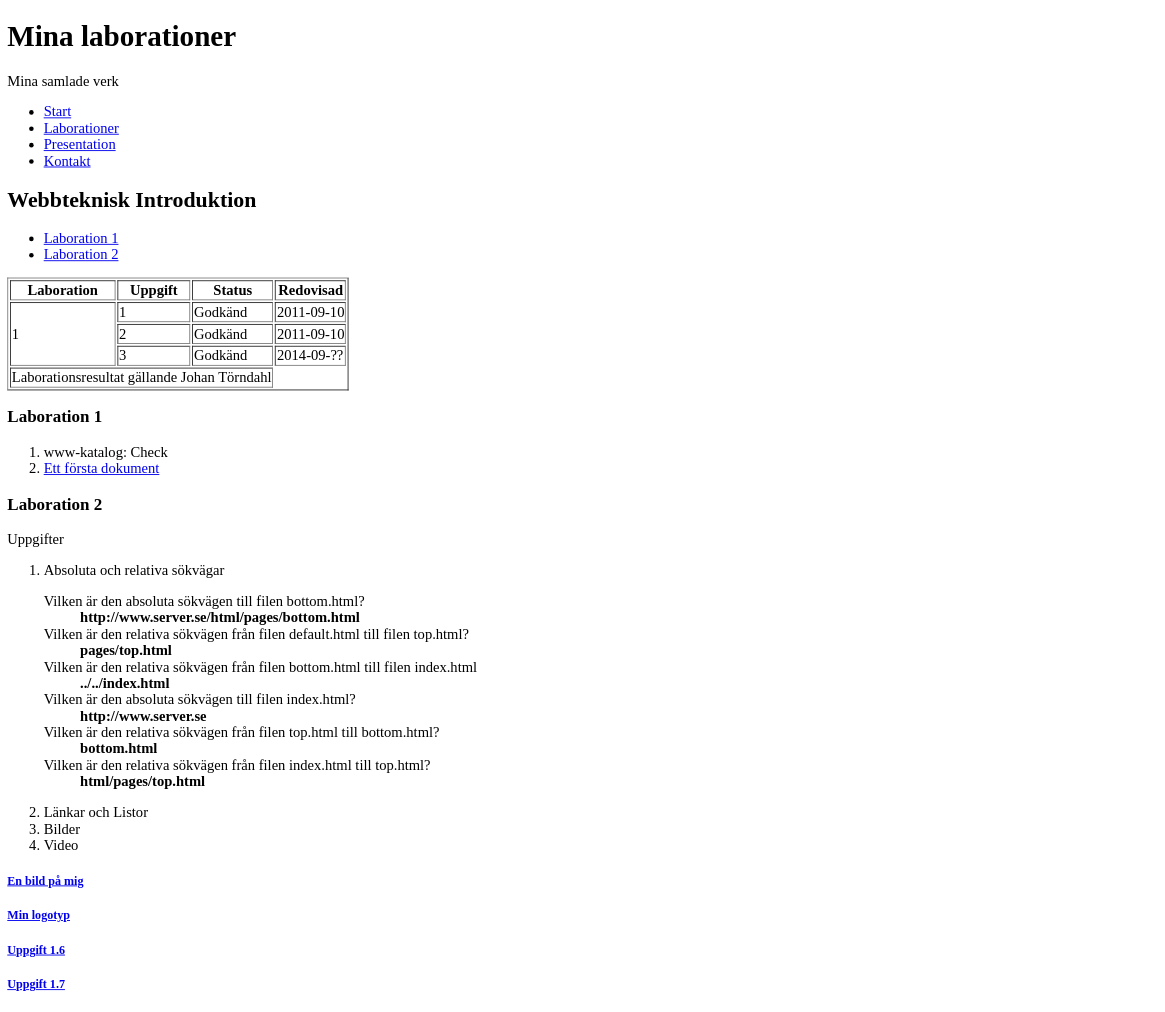
Repository: jt222ia/1ik415-jt222ia-laborationer
Page: pages/laborationer.html
The author's editor kept a record of every edit. The page is drawn from the files as they stood at one moment, then again after the next edit.
The browser window is 1280 px wide. The pictures show the whole page, at 91% of full size.

Above is the page before.

### pages/laborationer.html
<!DOCTYPE html>
<html>
    <head>
        <meta charset="utf-8" />
        <title>Min kursblogg - Laborationer</title>

    </head>
    <body>
        <h1>Mina laborationer</h1>
        <span>Mina samlade verk</span>

            <ul>
               <li><a href="../index.html">Start</a></li>
               <li><a href="laborationer.html">Laborationer</a></li>
               <li><a href="presentation.html">Presentation</a></li>
               <li><a href="kontakt.html">Kontakt</a></li>
            </ul>

        <h2>Webbteknisk Introduktion</h2>

            <ul>
                <li><a href="#laboration1">Laboration 1</a></li>
                <li><a href="#laboration2">Laboration 2</a></li>
            </ul>

        <table border="1">
            <thead>
                <tr>
                    <th>Laboration</th>
                    <th>Uppgift</th>
                    <th>Status</th>
                    <th>Redovisad</th>
                </tr>
            </thead>
            <tfoot>
                <tr>
                    <td colspan="3">Laborationsresultat gällande Johan Törndahl</td>
                </tr>
            </tfoot>
            <tbody>
                <tr>
                    <td rowspan="4">1</td>
                    <td>1</td>
                    <td>Godkänd</td>
                    <td>2011-09-10</td>
                </tr>
                <tr>
                    <td>2</td>
                    <td>Godkänd</td>
                    <td>2011-09-10</td>
                </tr>
                <tr>
                    <td>3</td>
                    <td>Godkänd</td>
                    <td>2014-09-??</td>
                </tr>
            </tbody>
        </table>

        <h3 id="laboration1">Laboration 1</h3>

            <ol>
                <li>www-katalog: Check</li>
                <li><a href="presentation.html">Ett första dokument</a></li>
            </ol>

        <h3 id="laboration2">Laboration 2</h3>
        <span>Uppgifter</span>

            <ol>
            <li>Absoluta och relativa sökvägar</li>
                <dl>
                <dt>Vilken är den absoluta sökvägen till filen bottom.html?</dt>
                    <dd><strong>http://www.server.se/html/pages/bottom.html</strong></dd>
                <dt>Vilken är den relativa sökvägen från filen default.html till filen top.html?</dt>
                    <dd><strong>pages/top.html</strong></dd>
                <dt>Vilken är den relativa sökvägen från filen bottom.html till filen index.html</dt>
                    <dd><strong>../../index.html</strong></dd>
                <dt>Vilken är den absoluta sökvägen till filen index.html?</dt>
                    <dd><strong>http://www.server.se</strong></dd>
                <dt>Vilken är den relativa sökvägen från filen top.html till bottom.html?</dt>
                    <dd><strong>bottom.html</strong></dd>
                <dt>Vilken är den relativa sökvägen från filen index.html till top.html?</dt>
                    <dd><strong>html/pages/top.html</strong></dd>
                </dl>

            <li>Länkar och Listor</li>
            <li>Bilder</li>

            <li>Video</li>
            </ol>

        <h5><a href="http://jt222ia.github.io/1ik415-jt222ia-laborationer/pages/presentation.html#bilden">En bild på mig</a></h5>
        <h5><a href="http://jt222ia.github.io/1ik415-jt222ia-laborationer/pics/logo.png">Min logotyp</a></h5>
       <h5><a href="../index.html">Uppgift 1.6</a></h5>
       <h5><a href="../index.html">Uppgift 1.7</a></h5>
    </body>
</html>

After the next edit:
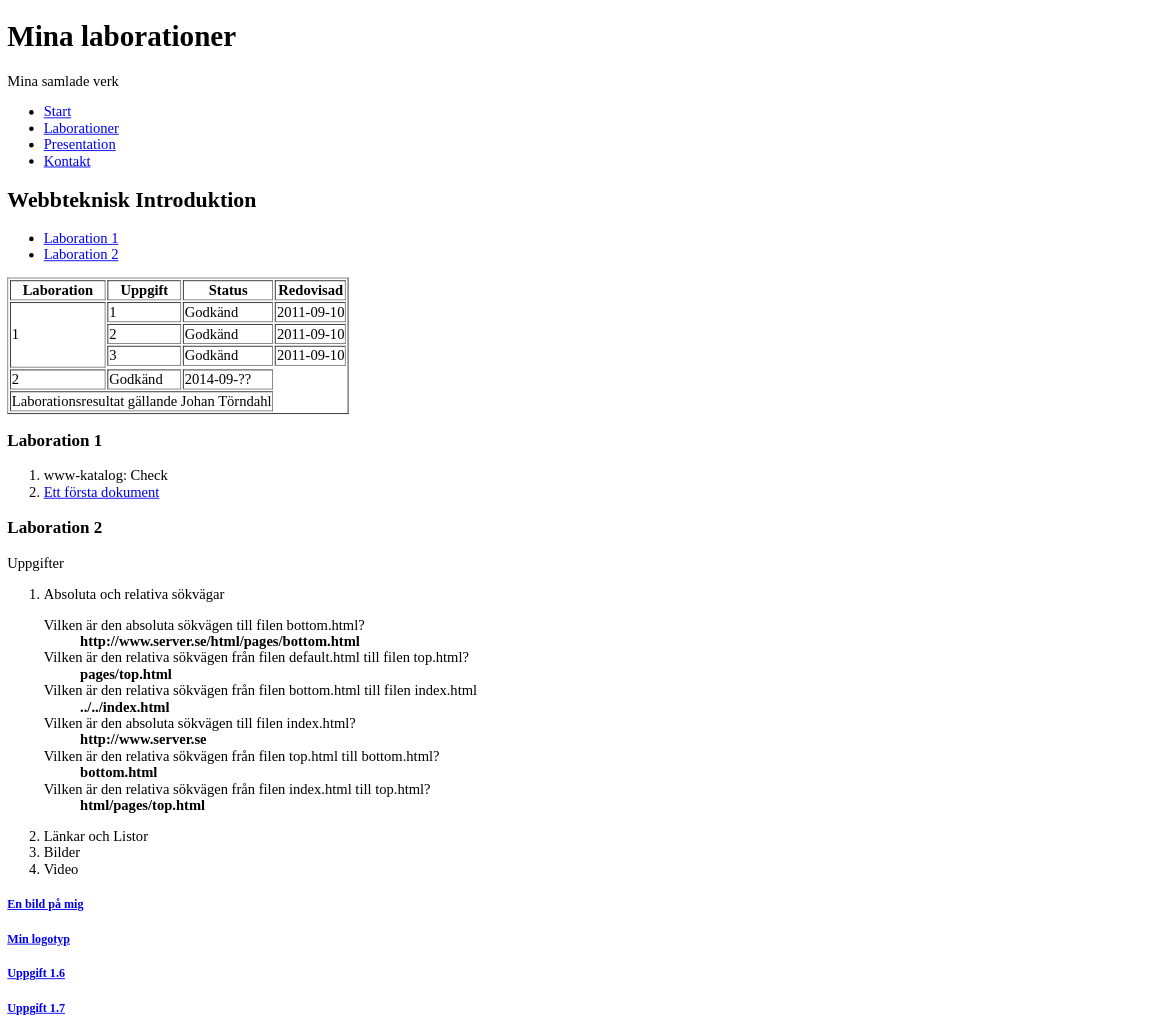
The edit:
--- a/pages/laborationer.html
+++ b/pages/laborationer.html
@@ -52,7 +52,14 @@
                 <tr>
                     <td>3</td>
                     <td>Godkänd</td>
+                    <td>2011-09-10</td>
+                </tr>
+                <tr>
+                    <tr>
+                    <td>2</td>
+                    <td>Godkänd</td>
                     <td>2014-09-??</td>
+
                 </tr>
             </tbody>
         </table>
